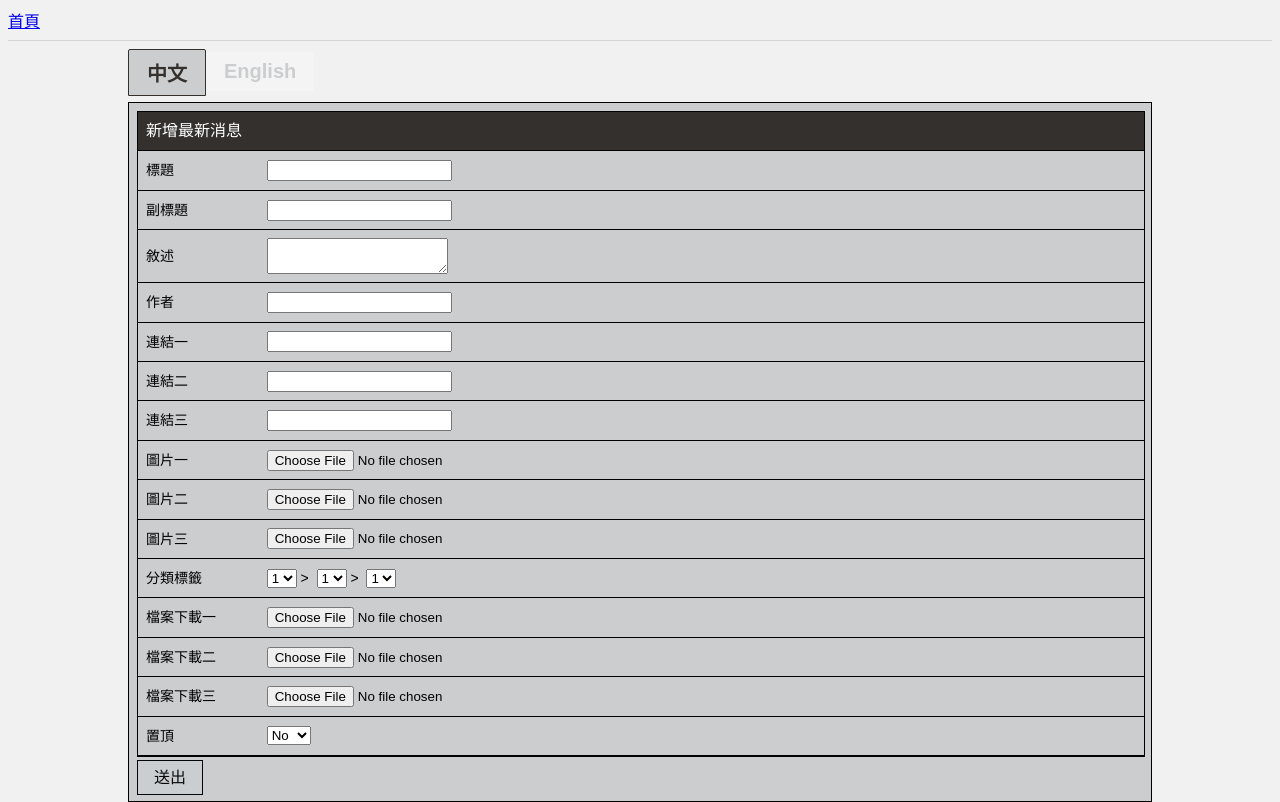
Repository: Naokiyuy/DigitalHum
Page: http://localhost/digital/backend/hotnews/hotnews-add.jsp
An editor plug-in stored every save of this project. The page is shown before and after the next save, followed by the edit.
The browser window is 1280 px wide. The pictures show the whole page.
Some web libraries are served in a nearby version. The page is served by Tomcat 9. Other server files are loaded and not shown.

Above is the page before, as saved 2015-03-11 19:43:48.

### digital/src/main/webapp/backend/hotnews/hotnews-add.jsp
<%@ page language="java" contentType="text/html; charset=UTF-8"
    pageEncoding="UTF-8"%>
<!DOCTYPE html PUBLIC "-//W3C//DTD HTML 4.01 Transitional//EN" "http://www.w3.org/TR/html4/loose.dtd">
<html>
<head>
<meta http-equiv="Content-Type" content="text/html; charset=UTF-8">
<title>[後台]最新消息-新增</title>
<link rel="stylesheet" type="text/css" href="/backend/css/hotnews/add.css" />
</head>
<body>
<jsp:include page="/backend/header/header.jsp"></jsp:include>
<hr />
<form action="">
<div class="tab_div">
<ul class="tabs">
	<li>
		<input type="radio" checked name="tabs" id="tab1">
        <label for="tab1">中文</label>
        <div id="tab-content1" class="tab-content animated fadeIn">
        	<div id="hotnews-add-table">
				<div class="hotnews-add-tr">
					<div class="hotnews-add-td"><span>新增最新消息</span></div>
					<div class="hotnews-add-td"></div>
				</div>
				<div class="hotnews-add-tr">
					<div class="hotnews-add-td">標題</div>
					<div class="hotnews-add-td"><input type="text" id="title_cht" name="title_cht"/></div>
				</div>
				<div class="hotnews-add-tr">
					<div class="hotnews-add-td">副標題</div>
					<div class="hotnews-add-td"><input type="text" id="subtitle_cht" name="subtitle_cht"/></div>
				</div>
				<div class="hotnews-add-tr">
					<div class="hotnews-add-td">敘述</div>
					<div class="hotnews-add-td"><textarea id="description_cht" name="description_cht"/></textarea></div>
				</div>
				<div class="hotnews-add-tr">
					<div class="hotnews-add-td">作者</div>
					<div class="hotnews-add-td"><input type="text" id="author_cht" name="author_cht"/></div>
				</div>
				<div class="hotnews-add-tr">
					<div class="hotnews-add-td">連結一</div>
					<div class="hotnews-add-td"><input type="text" id="link_1_cht" name="link_1_cht"/></div>
				</div>
				<div class="hotnews-add-tr">
					<div class="hotnews-add-td">連結二</div>
					<div class="hotnews-add-td"><input type="text" id="link_2_cht" name="link_2_cht"/></div>
				</div>
				<div class="hotnews-add-tr">
					<div class="hotnews-add-td">連結三</div>
					<div class="hotnews-add-td"><input type="text" id="link_3_cht" name="link_3_cht"/></div>
				</div>
				<div class="hotnews-add-tr">
					<div class="hotnews-add-td">圖片一</div>
					<div class="hotnews-add-td"><input type="file" id="image_1_cht" name="image_1_cht" /></div>
				</div>
				<div class="hotnews-add-tr">
					<div class="hotnews-add-td">圖片二</div>
					<div class="hotnews-add-td"><input type="file" id="image_2_cht" name="image_2_cht" /></div>
				</div>
				<div class="hotnews-add-tr">
					<div class="hotnews-add-td">圖片三</div>
					<div class="hotnews-add-td"><input type="file" id="image_3_cht" name="image_3_cht" /></div>
				</div>
				<div class="hotnews-add-tr">
					<div class="hotnews-add-td">分類標籤</div>
					<div class="hotnews-add-td">
						<select id="breadcrumb_1" name="breadcrumb_1_cht">
							<option>1</option>
							<option>2</option>
							<option>3</option>
						</select>&nbsp;>&nbsp;
						<select id="breadcrumb_2" name="breadcrumb_2_cht">
							<option>1</option>
							<option>2</option>
							<option>3</option>
						</select>&nbsp;>&nbsp;
						<select id="breadcrumb_3" name="breadcrumb_3_cht">
							<option>1</option>
							<option>2</option>
							<option>3</option>
						</select>
					</div>
				</div>
				<div class="hotnews-add-tr">
					<div class="hotnews-add-td">檔案下載一</div>
					<div class="hotnews-add-td"><input type="file" id="file_1_cht" name="file_1_cht" /></div>
				</div>
				<div class="hotnews-add-tr">
					<div class="hotnews-add-td">檔案下載二</div>
					<div class="hotnews-add-td"><input type="file" id="file_2_cht" name="file_2_cht" /></div>
				</div>
				<div class="hotnews-add-tr">
					<div class="hotnews-add-td">檔案下載三</div>
					<div class="hotnews-add-td"><input type="file" id="file_3_cht" name="file_3_cht" /></div>
				</div>
				<div class="hotnews-add-tr">
					<div class="hotnews-add-td">置頂</div>
					<div class="hotnews-add-td">
						<select id="top_cht" name="top_cht">
							<option value="0">No</option>
							<option value="1">Yes</option>
						</select>
					</div>
				</div>
			</div>
			<div class="action_btn">
				<a class="submit_btn" href="#">送出</a>
			</div>
        </div>
	</li>
	<li>
		<input type="radio" name="tabs" id="tab2">
        <label for="tab2">English</label>
        <div id="tab-content2" class="tab-content animated fadeIn">
        	<div id="hotnews-add-table">
				<div class="hotnews-add-tr">
					<div class="hotnews-add-td"><span>New HotNews</span></div>
					<div class="hotnews-add-td"></div>
				</div>
				<div class="hotnews-add-tr">
					<div class="hotnews-add-td">Title</div>
					<div class="hotnews-add-td"><input type="text" id="title_enu" name="title_enu"/></div>
				</div>
				<div class="hotnews-add-tr">
					<div class="hotnews-add-td">Subtitle</div>
					<div class="hotnews-add-td"><input type="text" id="subtitle_enu" name="subtitle_enu"/></div>
				</div>
				<div class="hotnews-add-tr">
					<div class="hotnews-add-td">Description</div>
					<div class="hotnews-add-td"><textarea id="description_enu" name="description_enu"/></textarea></div>
				</div>
				<div class="hotnews-add-tr">
					<div class="hotnews-add-td">Author</div>
					<div class="hotnews-add-td"><input type="text" id="author_enu" name="author_enu"/></div>
				</div>
				<div class="hotnews-add-tr">
					<div class="hotnews-add-td">LinkA</div>
					<div class="hotnews-add-td"><input type="text" id="link_1_enu" name="link_1_enu"/></div>
				</div>
				<div class="hotnews-add-tr">
					<div class="hotnews-add-td">LinkB</div>
					<div class="hotnews-add-td"><input type="text" id="link_2_enu" name="link_2_enu"/></div>
				</div>
				<div class="hotnews-add-tr">
					<div class="hotnews-add-td">LinkC</div>
					<div class="hotnews-add-td"><input type="text" id="link_3_enu" name="link_3_enu"/></div>
				</div>
				<div class="hotnews-add-tr">
					<div class="hotnews-add-td">ImageA</div>
					<div class="hotnews-add-td"><input type="file" id="image_1_enu" name="image_1_enu" /></div>
				</div>
				<div class="hotnews-add-tr">
					<div class="hotnews-add-td">ImageB</div>
					<div class="hotnews-add-td"><input type="file" id="image_2_enu" name="image_2_enu" /></div>
				</div>
				<div class="hotnews-add-tr">
					<div class="hotnews-add-td">ImageC</div>
					<div class="hotnews-add-td"><input type="file" id="image_3_enu" name="image_3_enu" /></div>
				</div>
				<div class="hotnews-add-tr">
					<div class="hotnews-add-td">Breadcrumb</div>
					<div class="hotnews-add-td">
						<select id="breadcrumb_1" name="breadcrumb_1_enu">
							<option>1</option>
							<option>2</option>
							<option>3</option>
						</select>&nbsp;>&nbsp;
						<select id="breadcrumb_2" name="breadcrumb_2_enu">
							<option>1</option>
							<option>2</option>
							<option>3</option>
						</select>&nbsp;>&nbsp;
						<select id="breadcrumb_3" name="breadcrumb_3_enu">
							<option>1</option>
							<option>2</option>
							<option>3</option>
						</select>
					</div>
				</div>
				<div class="hotnews-add-tr">
					<div class="hotnews-add-td">FileA</div>
					<div class="hotnews-add-td"><input type="file" id="file_1_enu" name="file_1_enu" /></div>
				</div>
				<div class="hotnews-add-tr">
					<div class="hotnews-add-td">FileB</div>
					<div class="hotnews-add-td"><input type="file" id="file_2_enu" name="file_2_enu" /></div>
				</div>
				<div class="hotnews-add-tr">
					<div class="hotnews-add-td">FileC</div>
					<div class="hotnews-add-td"><input type="file" id="file_3_enu" name="file_3_enu" /></div>
				</div>
				<div class="hotnews-add-tr">
					<div class="hotnews-add-td">Top</div>
					<div class="hotnews-add-td">
						<select id="top_enu" name="top_enu">
							<option value="0">No</option>
							<option value="1">Yes</option>
						</select>
					</div>
				</div>
			</div>
			<div class="action_btn">
				<a class="submit_btn" href="#">Submit</a>
			</div>
        </div>
	</li>
</ul>
</div>
</form>
<jsp:include page="/backend/footer/footer.jsp"></jsp:include>
</body>
</html>

### digital/src/main/webapp/backend/header/header.jsp
<%@ page language="java" contentType="text/html; charset=UTF-8"
    pageEncoding="UTF-8"%>
<!DOCTYPE html PUBLIC "-//W3C//DTD HTML 4.01 Transitional//EN" "http://www.w3.org/TR/html4/loose.dtd">
<html>
<head>
<meta http-equiv="Content-Type" content="text/html; charset=UTF-8">
<title>Insert title here</title>
<script type="text/javascript" src="https://code.jquery.com/jquery-1.11.2.min.js"></script>
</head>
<body>
<div id="breadcrumb">
	<a href="/backend/index.do">首頁</a>
</div>
</body>
</html>

### digital/src/main/webapp/backend/footer/footer.jsp
<%@ page language="java" contentType="text/html; charset=UTF-8"
    pageEncoding="UTF-8"%>
<!DOCTYPE html PUBLIC "-//W3C//DTD HTML 4.01 Transitional//EN" "http://www.w3.org/TR/html4/loose.dtd">
<html>
<head>
<meta http-equiv="Content-Type" content="text/html; charset=UTF-8">
<title>Insert title here</title>
</head>
<body>
<%-- Menu bar --%>

<%-- breadcrumb --%>


</body>
</html>

### digital/src/main/webapp/backend/css/hotnews/add.css

hr{
	border:0; height:1px; background-color:#d4d4d4;
}
body{
	font-family: "Varela Round",sans-serif, Microsoft JhengHei;
	background-color:#f1f1f1;
}

#hotnews-add-table{
	display:table;
	width:100%;
	border:1px solid #000000;
	max-width:1024px;
	margin: 0 auto;
}

.hotnews-add-tr {
	display: table-row;
}

.hotnews-add-td {
	display: table-cell;
	vertical-align:middle;
	border:1px solid #000000;
	border-width:0px 0px 1px 0px;
	text-align:left;
	padding:8px;
	font-size:14px;
	font-weight:normal;
	color:#000000;
}

.hotnews-add-td:first-child{
	width:12%;
}

.hotnews-add-tr:first-child {
	background-color:#34302D;
}

.hotnews-add-tr:first-child span{
	color:#ffffff;
	font-size:16px;
	vertical-align:middle;
	text-align:center;
}

.tabs input[type=radio] {
          position: absolute;
          top: -9999px;
          left: -9999px;
}
.tabs {
		max-width:1024px;
        float: none;
        list-style: none;
        position: relative;
        padding: 0;
        margin: 0px auto;
        min-height:100%;
}
      .tabs li{
        float: left;
      }
.tabs label {
          display: block;
          padding: 8px 18px;
          border-radius: 2px 2px 0 0;
          color: #CBCDCF;
          font-size: 20px;
          font-weight: bold;
          //font-family: 'Lily Script One', helveti;
          background: rgba(255,255,255,0.2);
          cursor: pointer;
          position: relative;
          top: 3px;
          -webkit-transition: all 0.2s ease-in-out;
          -moz-transition: all 0.2s ease-in-out;
          -o-transition: all 0.2s ease-in-out;
          transition: all 0.2s ease-in-out;
}
.tabs label:hover {
        background: rgba(255,255,255,0.5);
        top: 0;
        border: 1px solid;
}

[id^=tab]:checked + label {
        background: #CBCDCF;
        color: rgb(52, 48, 45);
        top: 0;
        border: 1px solid;
}

[id^=tab]:checked ~ [id^=tab-content] {
          display: block;
}
.tab-content{
        z-index: 2;
        display: none;
        text-align: left;
        width: 100%;
        font-size: 16px;
        line-height: 140%;
        padding-top: 10px;
        background: #CBCDCF;
        padding: 8px;
        color: white;
        position: absolute;
        top: 53px;
        border: 1px solid #000;
        left: 0;
        box-sizing: border-box;
        -webkit-animation-duration: 0.5s;
        -o-animation-duration: 0.5s;
        -moz-animation-duration: 0.5s;
        animation-duration: 0.5s;
}

.action_btn{
	max-width:1024px;
	margin-top:10px;
	margin-right:auto;
	margin-bottom: 3px;
	margin-left:auto;
}

.submit_btn {
  color: #080808;
  font-size: 16px;
  background: #caced1;
  padding: 8px 16px 8px 16px;
  border: solid #00060a 1px;
  text-decoration: none;
}

.submit_btn:hover {
  background: #99a1a6;
  text-decoration: none;
}

After the next save:
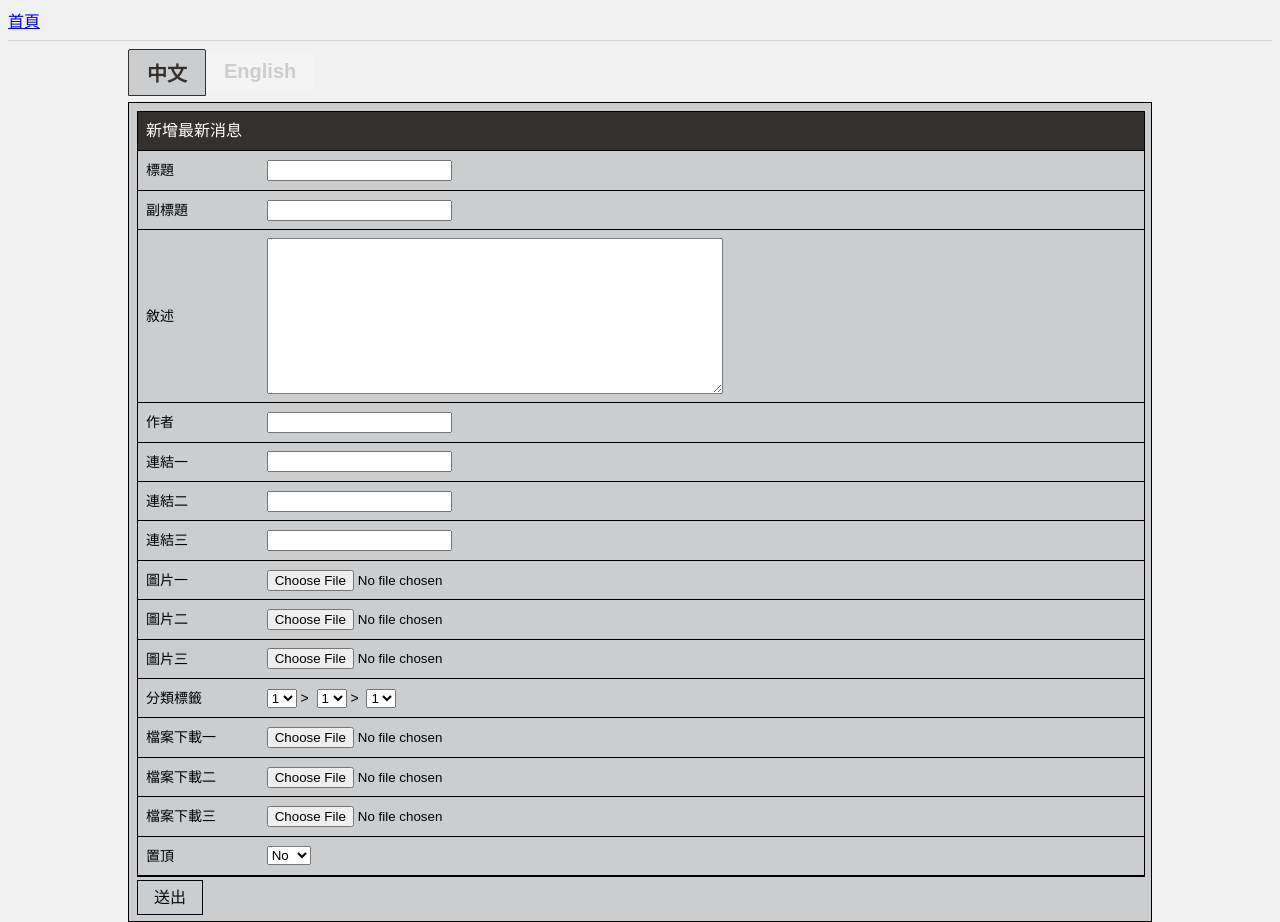
Saved 81 s later.
--- a/digital/src/main/webapp/backend/css/hotnews/add.css
+++ b/digital/src/main/webapp/backend/css/hotnews/add.css
@@ -139,3 +139,8 @@ body{
   background: #99a1a6;
   text-decoration: none;
 }
+
+textarea {
+	height:150px;
+	width:450px;
+}
